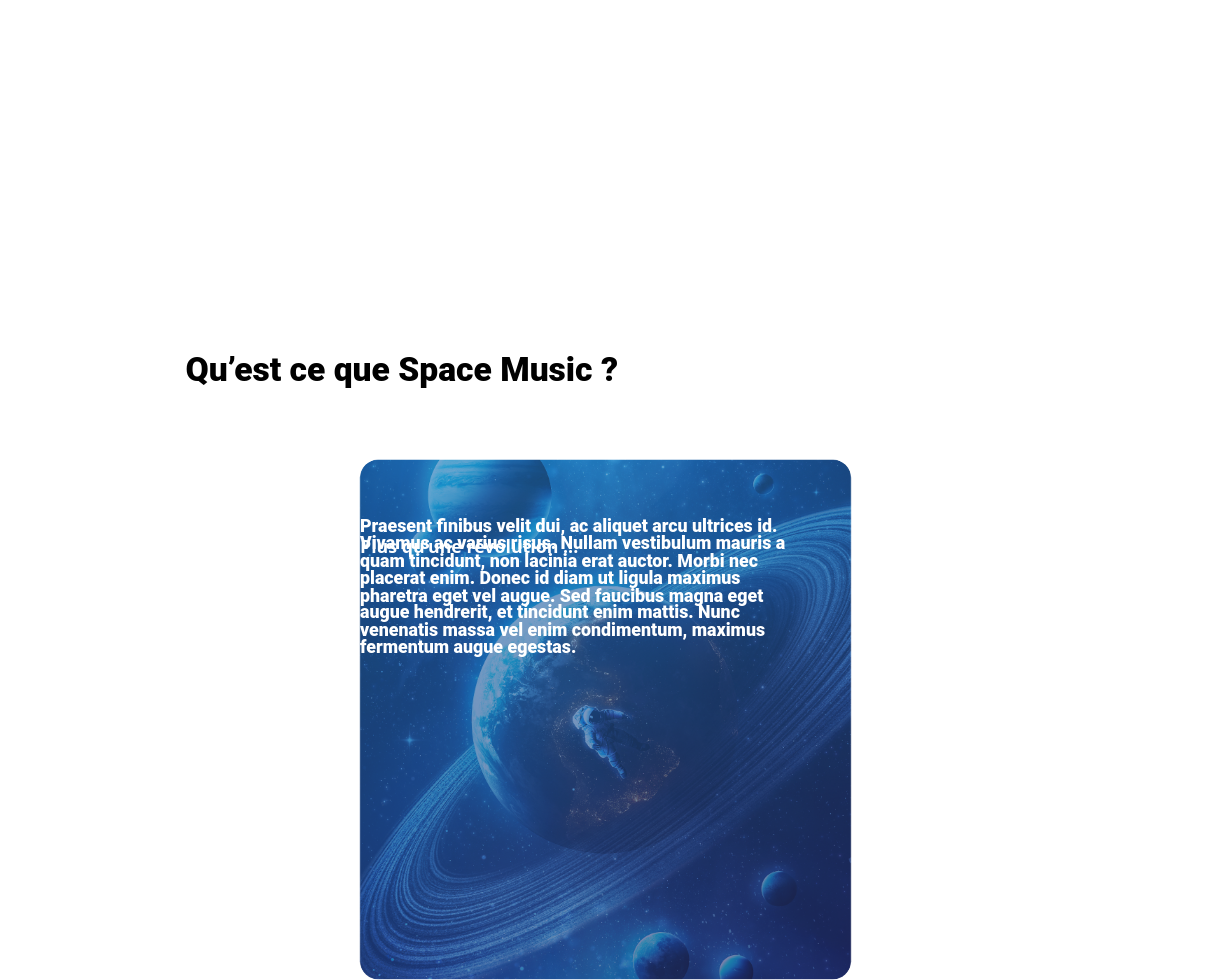
Repository: karalyh/landing-experts
Page: /
An editor plug-in stored every save of this project. The page is shown before and after the next save, followed by the edit.
The browser window is 1280 px wide. The page is 1729 px wide, so the pictures cover 1729 px, including what lies to the right of the window. The pictures show the part of the page from y = 1628 to 3028 px (the page is 3028 px tall), at 70% of full size.
The project was rebuilt for these pictures with package versions that can differ from the ones it lists, and the page was loaded fresh each time. The framework's server and built-in components were replaced by stand-ins that run in the browser. Also part of the build but not shown: next.config.js, public/css/circles-animations.css, public/css/devices-view.css.

Above is the page before, as saved 2022-09-23 11:09:07.

After the next save:
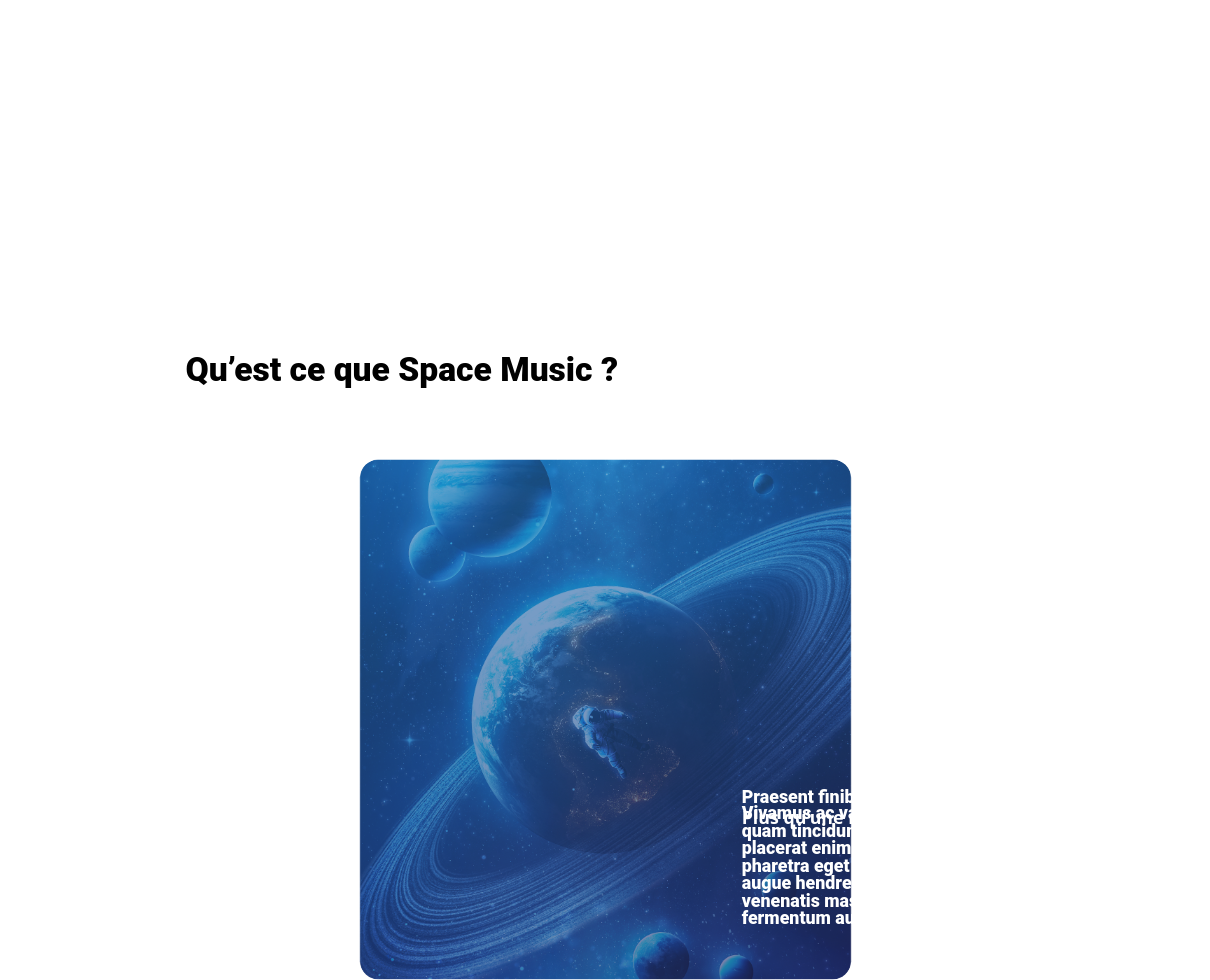
Saved 73 s later.
--- a/components/Section2.tsx
+++ b/components/Section2.tsx
@@ -18,7 +18,7 @@
                     {/* block du milieu */}
                     <div className="absolute w-[701.5px] h-[742.7px] left-[513.25px] top-0 bg-[url('/images/Rectangle-2.png')] rounded-[26.1767px]">
                         {/** on met le texte dans un bloc */}
-                        <div className="w-[614.9px] h-[306.42px] top-[386.6px] left-[545.3px] gap-[31.76px] flex flex-col justify-center items-start">
+                        <div className="w-[614.9px] h-[306.42px] top-[386.6px] left-[545.3px] gap-[31.76px] flex flex-col justify-center items-start absolute">
                             <h1 className="w-[614.9px] h-[25px] font-serif-[roboto] font-black text-[25.4118px] leading-[98.69%] items-center flex text-white">Plus qu’une révolution ...</h1>
                         <p className="
                         w-[614.9px] h-[25px] font-[roboto] font-black text-[25.4118px]

After the save that followed:
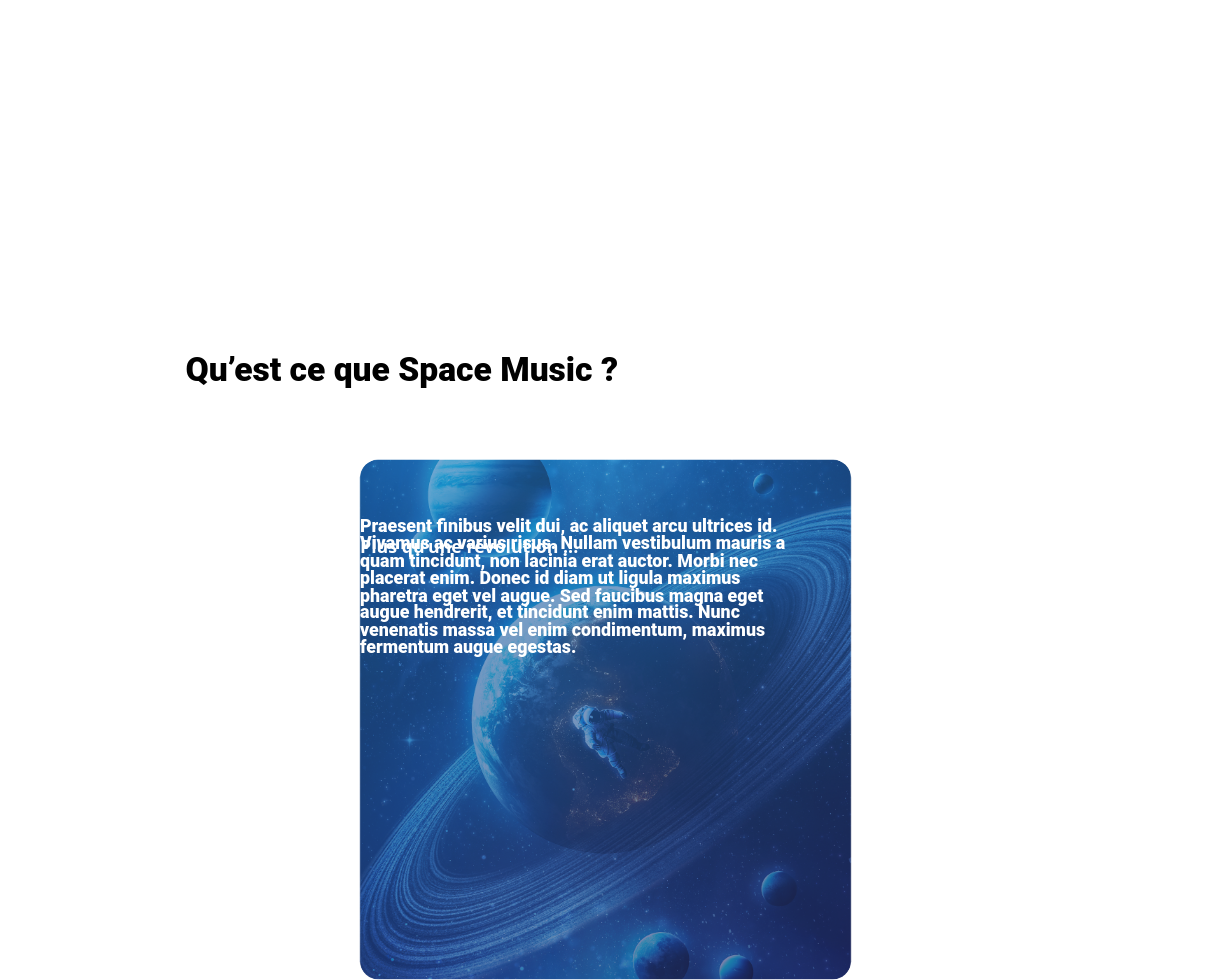
Saved 40 s later.
--- a/components/Section2.tsx
+++ b/components/Section2.tsx
@@ -18,7 +18,7 @@
                     {/* block du milieu */}
                     <div className="absolute w-[701.5px] h-[742.7px] left-[513.25px] top-0 bg-[url('/images/Rectangle-2.png')] rounded-[26.1767px]">
                         {/** on met le texte dans un bloc */}
-                        <div className="w-[614.9px] h-[306.42px] top-[386.6px] left-[545.3px] gap-[31.76px] flex flex-col justify-center items-start absolute">
+                        <div className="w-[614.9px] h-[306.42px] top-[386.6px] left-[545.3px] gap-[31.76px] flex flex-col justify-center items-start">
                             <h1 className="w-[614.9px] h-[25px] font-serif-[roboto] font-black text-[25.4118px] leading-[98.69%] items-center flex text-white">Plus qu’une révolution ...</h1>
                         <p className="
                         w-[614.9px] h-[25px] font-[roboto] font-black text-[25.4118px]
